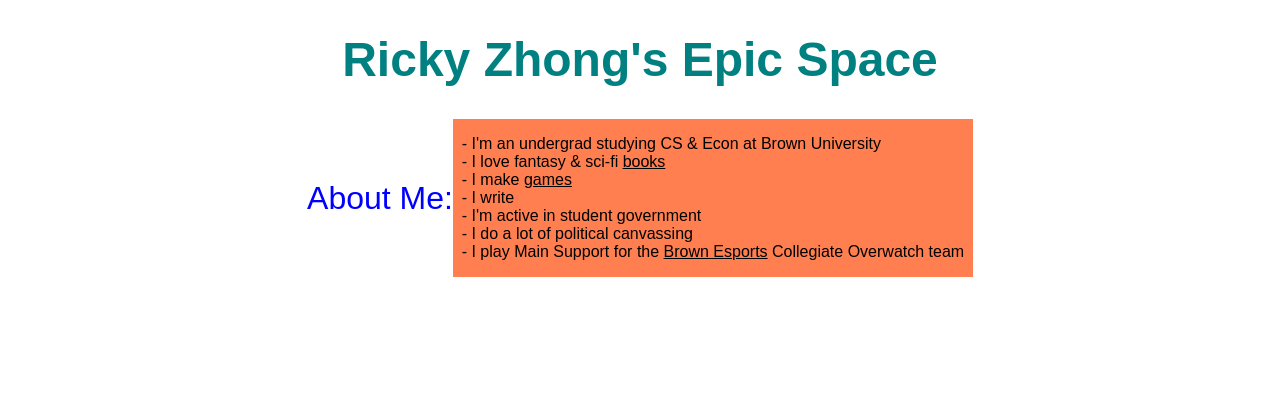
Repository: rickydaricky/rickydaricky.github.io
Page: index.html
These files come from the project's save history. The page is drawn as it stood at one moment and after a run of saves; the edit follows.
The browser window is 1280 px wide. The pictures show the whole page.

Above is the page before, as saved 2023-03-31 11:19:39.

### index.html
<!DOCTYPE html>

<head>
  <meta charset="UTF-8" />
  <meta name="viewport" content="width=device-width, initial-scale=1.0" />
  <link rel="stylesheet" href="main.css" type="text/css" />
  <title>Homepage</title>
</head>

<html>
  <body>
    <h1 class="title">Ricky Zhong's Epic Space</h1>
    <div class="about-container">
      <div><p class="about about-container-child">About Me:</p></div>
      <div class="square about-container-child">
        <p>
          - I'm an undergrad studying CS & Econ at Brown University
          <br />
          - I love fantasy & sci-fi
          <a href="https://goodreads.com/rickydaricky">books</a>
          <br />
          - I make
          <a href="https://rickydaricky.itch.io/">games</a>
          <br />
          - I write
          <br />
          - I'm active in student government
          <br />
          - I do a lot of political canvassing
          <br />
          - I play Main Support for the
          <a href="https://brownesports.org/">Brown Esports</a>
          Collegiate Overwatch team
        </p>
      </div>
    </div>
  </body>
</html>

### main.css
p {
  text-align: justify;
  font-size: 200%;
}

html * {
  font-size: 16px;
  color: black;
  font-family: Nunito, sans-serif;
}

.about {
  font-size: 200%;
  color: blue;
}

.title {
  text-align: center;
  font-size: 300%;
  color: teal;
}

.about-container {
  display: flex;
  justify-content: center;
  align-items: center;
  flex-wrap: wrap;
}

.about-container-child {
  /* margin: 10 10 10 10; */
}

.break {
  flex-basis: 100%;
  height: 0;
}

.square {
  display: flex;
  justify-content: center;
  align-items: center;
  text-align: center;
  width: 520px;
  background-color: coral;
}

After the next 2 saves:
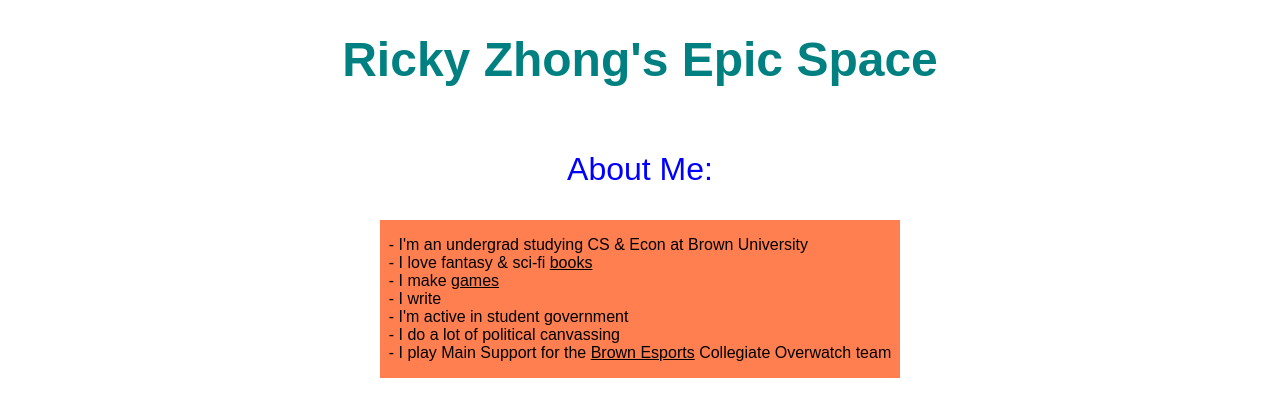
The 2 saves are shown as one change because they came seconds apart.
The last was saved 19 s later.
--- a/index.html
+++ b/index.html
@@ -12,6 +12,7 @@
     <h1 class="title">Ricky Zhong's Epic Space</h1>
     <div class="about-container">
       <div><p class="about about-container-child">About Me:</p></div>
+      <div class="break"></div>
       <div class="square about-container-child">
         <p>
           - I'm an undergrad studying CS & Econ at Brown University
